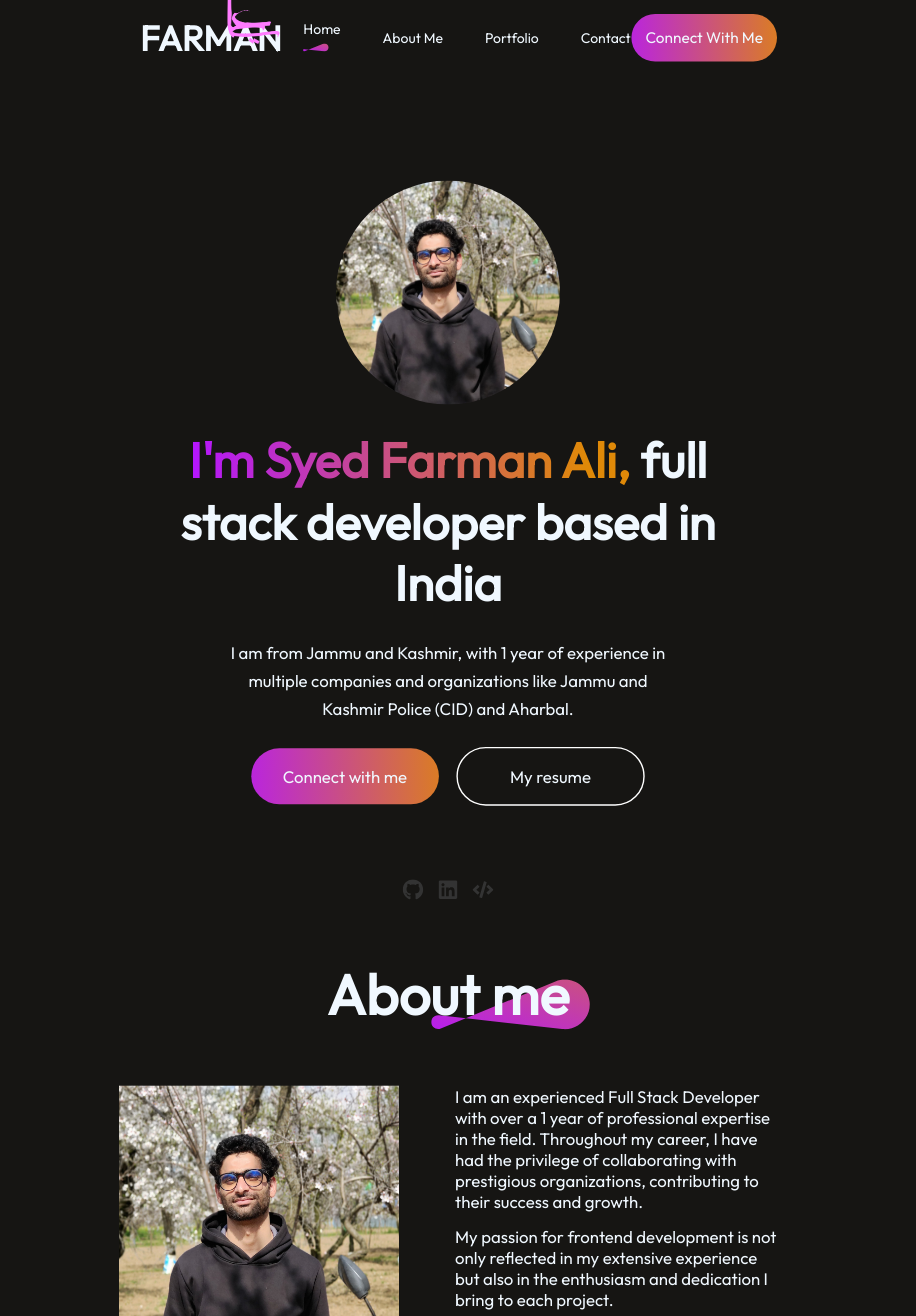
Repository: FARMAN9/portfolio_React
Page: /
The author's editor kept a copy of each file at every save. The page is drawn from the files as they stood at one save, then again after a run of saves.
The browser window is 1280 px wide. The page is 1309 px wide, then 1280 px, then 1309 px, so the pictures cover 1309 px, including what lies to the right of the window. The pictures show the part of the page from y = 0 to 1880 px (the page is 4995 px tall before and 720 px after), at 70% of full size.
The project was rebuilt for these pictures with package versions that can differ from the ones it lists, and the page was loaded fresh each time. Also part of the build but not shown: vite.config.js.

Above is the page before, as saved 2024-10-16 19:43:20.

### index.html
<!doctype html>
<html lang="en">
  <head>
    <meta charset="UTF-8" />
    <link rel="icon" type="image/svg+xml" href="/bac.svg" />
    <meta name="viewport" content="width=device-width, initial-scale=1.0" />
    <title>Portfoilo</title>
    <link rel="preconnect" href="https://fonts.googleapis.com">
<link rel="preconnect" href="https://fonts.gstatic.com" crossorigin>
<link href="https://fonts.googleapis.com/css2?family=Outfit&display=swap" rel="stylesheet">


  </head>
  <body>
    <div id="root"></div>

    <script type="module" src="/src/main.jsx"></script>
  </body>
</html>

### src/App.jsx

import NavBar from './Components/Navbar/NavBar'
import Hero from './Components/Hero/Hero'
import About from './Components/About/About'
import MyWork from './Components/MyWork/MyWork'
import Contact from './Components/Contact/Contact'
import Footer from './Components/Footer/Footer'
import React from 'react';

function App() {


  return (
  <>
  <NavBar/>
  <Hero/>
  <About/>
  <MyWork/>
  <Contact/>
  <Footer/>
  </>
  )
}

export default App

### src/index.css

*{
  margin: 0;
  padding: 0;

}
body{
  height: 100vh;
  background: #161513;
  color: aliceblue;
  font-family: outfit;
}

### src/Components/Navbar/NavBar.jsx
import React, { useRef, useState,useEffect } from 'react';
import './Navbar.css';
import ali from '../../assets/ali.png'
import backgound from '../../assets/nav_underline.svg'
import AnchorLink from 'react-anchor-link-smooth-scroll'
import menu_open from '../../assets/menu_open.svg'
import menu_close from '../../assets/menu_close.svg'



function NavBar() {



  const [menu,setMenu]=useState('home')
  const menuRef =useRef();
  const openMenu=()=>{
    menuRef.current.style.right='0'
  }
  const closeMenu=()=>{
    menuRef.current.style.right='-350px'
  }
  return (
    <nav className='navbar'>
      <div className='logo'>
      <AnchorLink className='anchor-link' href='#home'>
      <h1>FARMAN</h1>
      <img src={ali} alt="" />
      </AnchorLink>
      </div>
      <img src={menu_open}  onClick={openMenu} alt="" className='nav-mob-open' />

            <ul ref={menuRef} className='nav-menu'>
            <img src={menu_close} alt="" className='nav-mob-close' onClick={closeMenu}/>
             <li> <AnchorLink className='anchor-link' href='#home'><p onClick={()=>setMenu('home')}>Home</p> </AnchorLink>{menu ==='home' ? <img src ={backgound} alt=''/>:<></> }</li>
             <li><AnchorLink className='anchor-link' offset={50} href='#about'><p onClick={()=>setMenu('about')}>About Me</p></AnchorLink>{menu ==='about' ? <img src ={backgound} alt=''/>:<></> }</li>
             <li><AnchorLink className='anchor-link' offset={50} href='#work'><p onClick={()=>setMenu('work')}>Portfolio</p></AnchorLink>{menu ==='work' ? <img src ={backgound} alt=''/>:<></> }</li>
             <li><AnchorLink className='anchor-link' offset={50} href='#contact'><p onClick={()=>setMenu('contact')}>Contact</p></AnchorLink>{menu ==='contact' ? <img src ={backgound} alt=''/>:<></> }</li>
            </ul>
            <div className="nav-connect"><AnchorLink className='anchor-link' offset={50} href='#contact'>Connect With Me</AnchorLink></div>

    </nav>
  )
}

export default NavBar

### src/Components/Hero/Hero.jsx
import "./Hero.css";
import profile from "../../assets/profile.jpg";
import AnchorLink from "react-anchor-link-smooth-scroll";
import { FaGithub, FaLinkedin, FaCode } from "react-icons/fa";
import { useGSAP } from "@gsap/react";
import React, { useRef } from "react";
import gsap from "gsap";

function Hero() {
  const hero = useRef();
  useGSAP(
    () => {
      gsap.to(hero.current, {
        x: 100,
        ease: "back.out(1)",
        duration: 1.5,
        repeat: -1,
        yoyo: true,
        scrollTrigger: {
          trigger: hero.current,
          start: "top bottom",
          end: "top 80%",
          scrub: true,
        },
      });
    },
    { scope: hero }
  );
  return (
    <div id="home" className="hero">
      <img src={profile} alt="profile" />
      <h1>
        <span className="myname" ref={hero}>
          I'm Syed Farman Ali,
        </span>{" "}
        full stack developer based in India
      </h1>
      <p>
        I am from Jammu and Kashmir, with 1 year of experience in multiple
        companies and organizations like Jammu and Kashmir Police (CID) and
        Aharbal.
      </p>
      <div className="hero-action">
        <div className="hero-connect">
          <AnchorLink className="anchor-link" offset={50} href="#contact">
            Connect with me
          </AnchorLink>
        </div>
        <a
          className="hero-resume"
          href="https://rxresu.me/farman9/python-django-developer">
          My resume
        </a>
      </div>
      <div className="hero-socials">
        <a
          href="https://github.com/farman9"
          target="_blank"
          rel="noopener noreferrer">
          <FaGithub size={30} />
        </a>
        <a
          href="https://www.linkedin.com/in/farman9"
          target="_blank"
          rel="noopener noreferrer">
          <FaLinkedin size={30} />
        </a>
        <a
          href="https://leetcode.com/u/saeedfarman9/"
          target="_blank"
          rel="noopener noreferrer">
          <FaCode size={30} />
        </a>
      </div>
    </div>
  );
}

export default Hero;

### src/Components/About/About.jsx
import React from 'react'
import'./About.css'
import bac from '../../assets/bac.svg'
import profile from '../../assets/profile.jpg'


function About() {
  const skills = [
    { name: 'JavaScript', value: 70 },
    { name: 'Python', value: 80 },
    { name: 'Java', value: 50 },
    { name: 'HTML', value: 75 },
    { name: 'CSS', value: 70 },
    { name: 'Django', value: 60 },
    { name: 'Fastapi', value: 50 },

  ];

  return (
    <div id='about' className='about'>
        <div className="about-title">
            <h1>About me</h1>
            <img src={bac} alt="" />
        </div>
        <div className="about-sections">
        <div className="about-left">
        <img src={profile} alt="" />
       </div>
       <div className="about-right">
       <div className="about-para">
        <p>I am an experienced Full Stack Developer with over a 1 year of professional expertise in the field. Throughout my career, I have had the privilege of collaborating with prestigious organizations, contributing to their success and growth.</p>
        <p>My passion for frontend development is not only reflected in my extensive experience but also in the enthusiasm and dedication I bring to each project.</p>
       </div>
       <div className="about-skills">
        {
            skills.map((skill)=><div className="about-skill" key={skill.name}><p>{skill.name}</p><hr style={{width:`${skill.value}%`}} /></div>)
        }

      </div>
        </div>
        </div>
        <div className="about-achievements">
<div className="about-achievement">
<h1>1</h1>
<p>YEAR OF EXPERIENCE</p>
</div>
<hr />
<div className="about-achievement">
<h1>4+</h1>
<p>PROJECTS COMPLETED</p>
</div>
<hr />
<div className="about-achievement">
<h1>2+</h1>
<p>HAPPY CLIENTS</p>
</div>
</div>
    </div>
  )
}

export default About

### src/Components/MyWork/MyWork.jsx
import React, { useImperativeHandle } from "react";
import "./MyWork.css";
import bac from "../../assets/bac.svg";
import soon from "../../assets/coming_soon.gif";
import port_react from "../../assets/projects/portfilo_react.png";
import myntra from "../../assets/projects/mytra.png";
import youtube from "../../assets/projects/yt.png";
import djano_port from "../../assets/projects/django_port.png";
import dpt from "../../assets/projects/dpt.png";
import nws from "../../assets/projects/news.png";

function MyWork() {
  const mywork_data = [
    {
      w_no: 1,
      w_name: "portfolio_React",
      w_img: port_react,
      link: "https://github.com/FARMAN9/portfolio_React",
    },
    {
      w_no: 2,
      w_name: "mytra",
      w_img: myntra,
      link: "https://github.com/FARMAN9/myntra-clone-",
    },
    {
      w_no: 3,
      w_name: "youtube",
      w_img: youtube,
      link: "https://github.com/FARMAN9/youtube-clone",
    },
    {
      w_no: 4,
      w_name: "portfoilo_django",
      w_img: djano_port,
      link: "https://github.com/FARMAN9/portfoilo_django",
    },
    {
      w_no: 5,
      w_name: "DPS",
      w_img: dpt,
      link: "https://github.com/FARMAN9/Diabetes-prediction",
    },
    {
      w_no: 6,
      w_name: "oldNews_paper ",
      w_img: nws,
      link: "https://oldnews-paper.vercel.app/",
    },
    {
      w_no: 7,
      w_name: "soon",
      w_img: soon,
      link: "",
    },
  ];
  return (
    <div id="work" className="mywork">
      <div className="mywork-title">
        <h1>My Latest work</h1>
        <img src={bac} alt="" />
      </div>

      <div className="mywork-container">
        {mywork_data.map((data, index) => {
          return (
            <div key={index}>
              <a href={data.link}>
                <img src={data.w_img} alt="" />
              </a>
            </div>
          );
        })}
      </div>
    </div>
  );
}

export default MyWork;

### src/Components/Footer/Footer.jsx
import React from "react";
import "./Footer.css";
import ali from "../../assets/ali.png";
import AnchorLink from 'react-anchor-link-smooth-scroll'

function Footer() {
  return (
    <div className="footer">
      <div className="footer-top">
        <div className="footer-top-left">
          <div className="logo">
          <AnchorLink className='anchor-link' offset={50} href='#home'>
            <h1>FARMAN</h1>
            <img src={ali} alt="" />
            </AnchorLink>
          </div>

        </div>
        <p>
        I wanted to take a moment to thank you for visiting my portfolio. Your time and interest in my work are truly appreciated.
        If you have any feedback, questions, or opportunities you'd like to discuss, please don't hesitate to reach out. I'm always eager to connect and explore new possibilities.
          </p>
        <div className="footer-top-right">

        </div>

        </div>
        <hr />

        <div className="footer-bottom">
          <p className="footer-bottm-left">
            {" "}
            © 2024 Syed Farman Ali. All rights reserved.{" "}
          </p>

          <div className="footer-bottom-right">
            <p>Term of Services</p>
            <p>Privacy Policy</p>
            <AnchorLink className='anchor-link' offset={50} href='#contact'> <p>Connect with me</p></AnchorLink>
          </div>
        </div>

    </div>
  );
}

export default Footer;

### src/Components/Navbar/Navbar.css
.navbar{
display: flex ;
align-items: center;
justify-content: space-between;
margin: 20px 170px;
}
.nav-menu{
    display: flex;
    align-items: center;
    list-style: none;
    gap:60px;
    font-size: 20px;

}
.nav-connect
{
    padding: 20px;
    border-radius: 50px;
    background: linear-gradient(267deg,#DA7C25 0.36%,#B923E1 102.0% );
    font-size:22px ;
    cursor: pointer;
    transition: 0.5s;

}
.nav-connect:hover
{
   transform: scale(1.05);

}



.logo{
    position: relative;
    }
.logo h1{
    padding: 0px 30px;
    font-size: 50px;
    font-weight: 600%;
    z-index: -1;

    }


.logo img{
    position: absolute;
    bottom:0;
    right: 0;

    width: 150px;
    height: 150px;

}

.anchor-link{
   text-decoration: none;
   color: aliceblue;
}
.nav-mob-close
{
    display: none;
}
.nav-mob-open{
    display: none;
}


@media(max-width:768px) {
    .navbar{
        margin: 20px 50px;
    }
    .nav-connect{
        display: none;
    }
    .nav-mob-open{
        display: block;
        position: fixed;
        right: 30px;
    }
    .nav-mob-close{
        display: block;
        position: relative;
        top: 30px;
        left: 110px;
        width: 30px;


    }
    .nav-menu{
        position: fixed;
        flex-direction: column;
        align-items: center;
        top:0;
        gap:30px;
        background-color: #1f0016;
        width: 350px;
        height: 100%;
        z-index: 2;
        transition: right 0.5s;
        right: -350px;
    }
    .nav-menu li{
        font-size: 30px;

        padding-left: 0;
        flex-direction: row;
        gap:20px;

    }

}

### src/Components/Hero/Hero.css
.hero{
    display: flex;
    flex-direction: column;
    align-items:center ;
    gap: 35px;

}
.hero img{
    margin-top: 150px;
    border-radius: 50%;
    width: 20rem;
    height: 20rem;


}
.hero h1{
    text-align: center;
    font-weight: 600 ;
    width: 70%;
    font-size: 70px;
}
.hero h1 span{
    background: linear-gradient(270deg,  #DF8908 10%,  #B415FF 100%);
    background-clip: text;
    -webkit-background-clip: text;
    -webkit-text-fill-color: transparent;
}
.hero p{
    width: 50%;
    text-align: center;
    font-size: 24px;
    line-height: 40px;

}
.hero-action{
    display: flex ;
    align-items: center;
    gap: 25px;
    font-size: 24px;
    font-weight: 500;
    margin-bottom: 50px;
}
.hero-connect{
    padding: 25px 45px;
    border-radius: 50px;
    background: linear-gradient(267deg,#DA7C25 0.36%,#B923E1 102.0% );
    cursor: pointer;
}
.hero-resume{
    padding: 25px 75px;
    border-radius: 50px;
    border: 2px solid #FFF;
    cursor: pointer;
    color: aliceblue;
    text-decoration: none;


}

.hero-connect:hover{
    border: 2px solid white
    }
    .hero-resume:hover{
    border-color:  #B415FF;
    }
    .hero-socials {
        margin-top: 20px;
      }

      .hero-socials a {
        margin: 0 10px;
        color: #333;
        transition: color 0.3s;
      }

      .hero-socials a:hover {
        color:  #B415FF; /* You can change this color to match the theme */
      }
@media (max-width:768px) {
    .hero img{
        margin-top:120px ;
        width:260px;
    }
    .hero h1{
        margin-top: 50px;
        width: 90%;
        font-size: 50px;
    }
    .hero p{
      width: 60%;
      font-size: 18px;
      line-height: 32px;
      margin: 10px 0px;
    }
    .hero-action{
        gap: 16px;
        font-size: 18px;
        font-weight: 500;
        margin-bottom: 50px;

    }
    .hero-connect{
        padding: 20px 30px;
        border-radius: 40px;
    }
    .hero-resume{
        padding: 20px 50px;
        border-radius: 40px;
    }


}

### src/Components/About/About.css
.about{
    display: flex;
    flex-direction: column;
    align-items: center;
    justify-content: center;
    gap: 80px;
    margin: 80px 170px;
    }

    .about-title{
        position: relative;
        }
    .about-title h1{
        padding: 0px 30px;
        font-size: 80px;
        font-weight: 600%;
        }


    .about-title img{
        position: absolute;
        bottom: 0;
        right: 0;
        z-index: -1;
    }


    .about-sections {
        display: flex;
        gap: 80px;
        }

.about-left img{
    width: 25rem;
    height: 25rem;
}
.about-right{
            display: flex;
            flex-direction: column;
            gap: 80px;
 }

.about-para{
    display: flex;
    flex-direction: column;
    gap: 20px;
    font-size: 24px;
    font-weight: 500;
}

.about-skills{
    display: flex;
    flex-direction: column;
    gap: 20px;
    }

.about-skill{
    display: flex;
    gap: 50px;
    align-items: center;
    transition: 0.3s;
}
.about-skill p {
    min-width: 150px;
    font-size: 24px;
    font-weight: 500;
}
.about-skill hr{
    outline: none;
    border: none;
    width: 50%;
    height: 8px;
    border-radius: 50px;
    background: linear-gradient(267deg,#DA7C25 0.36%,#B923E1 102.0% );

}

.about-achievements{
    display: flex;
    width: 100%;
    justify-content: space-around;
    margin-bottom: 80px;

}

.about-achievement{
    display: flex;
    flex-direction: column;
    align-items: center;
    gap: 10px;
    transition: 0.5s;
}


.about-achievement h1{
   font-size: 60px;
   font-weight: 700;
   background: linear-gradient(267deg,#DA7C25 0.36%,#B923E1 102.0% );
   background-clip: text ;
   -webkit-background-clip: text;
   -webkit-text-fill-color: transparent;
}

.about-achievement p{
    font-size: 22px;
    font-weight: 500;

 }
 .about-skill:hover{
    transform: scale(1.05);
    transition: 0.3s;
 }
 .about-achievement:hover{
    transform: scale(1.12);
    transition: 0.5s;

 }


 @media(max-width:768px) {
    .about{
        gap: 80px;
        margin: 50px 70px;
        align-items: start;
    }
    .about-title h1{
        font-size: 50px;
        padding: 0;

    }
    .about-title img {
        width: 130px;
        right: -20px;
    }

    .about-sections{
        flex-direction: column;
    }
    .about-left{
        display: none;
    }
    .about-para{
        font-size: 18px;
        line-height: 32px;
    }
    .about-skill{
        gap:20px;
        align-items: center;
    }
    .about-skill p{
        font-size: 20px;

    }
    .about-skill hr{
        height: 6px;

    }
    .about-achievements{
        justify-content: space-between;
    }
    .about-achievement{
        gap: 10px;
    }
    .about-achievement h1{
        font-size: 34px;
        font-weight: 700;
    }
    .about-achievement p{
        text-align: center;
        font-size: 16px;

    }

 }

### src/Components/MyWork/MyWork.css
.mywork{
    display: flex;
    flex-direction: column;
    align-items: center;
    justify-content: center;
    gap:80px;
    margin: 80px 170px;
}
.mywork-title{
    position: relative;
}
.mywork-title h1{
    padding: 0px 30px;
        font-size: 80px;
        font-weight: 600%;
}
.mywork-title img{
    position: absolute;
        bottom: 0;
        right: 0;
        z-index: -1;
}

.mywork-container{
    display: grid;
    grid-template-columns: 1fr 1fr 1fr ;
    gap :40px;
}

.mywork-container img {
    box-sizing: border-box;
    width: 419px;
    height: 280px;
    transition: 0.3s;
    cursor: pointer;
}
.mywork-container img:hover {
   transform: scale(1.10);
   border: 4px solid #ff00ff;
   border-radius: 10px;
   transition: 0.3s;
}


@media(max-width:768px){
    .mywork{
        gap: 50px;
        margin: 50px 70px;
        align-items: start;
    }
    .mywork-title h1{
        padding: 0;
        font-size: 50px;
        font-weight: 600;

    }
    .mywork-title img{
        width: 130px;
        margin-right:-20px;
    }
    .mywork-container{
        grid-template-columns: 1fr 1fr;
    }
    .mywork-container img{
        width: 100%;
        height: 100%;
    }


}

### src/Components/Footer/Footer.css


.logo{
    position: relative;
    }
.logo h1{
    padding: 0px 30px;
    font-size: 50px;
    font-weight: 600%;
    z-index: -1;
    }
.logo img{
    position: absolute;
    bottom:0;
    right: 0;
    width: 150px;
    height: 150px;

}


.footer{
 margin: 50px 170px;
 display: flex;
 flex-direction: column;
 gap: 30px;
}
.footer-top{
    display: flex;
    justify-content: space-between;
}
.footer-top-left{
    display: flex;
    align-items: center;


}
.footer-top-left p{
   font-size: 15px;
   max-width: 500px;
}

.footer-bottom{
    display: flex;
    justify-content: space-between;
    font-size: 18px;

}
.footer-bottom-right{
    display: flex;
    gap:50px;
    margin-bottom: 50px;


}
@media(max-width:768px)
{
    .footer{
        margin: 50px 70px;
    }
    .footer-top{
        flex-direction: column;
        gap: 50px;
    }
    .footer-bottom{
        display: flex;
        flex-direction: column-reverse;
        margin-bottom: 50px;

    }
}

Loaded but not shown: src/main.jsx (common file); src/Components/Contact/Contact.css (207 lines, source omitted); src/Components/Contact/Contact.jsx (91 lines, source omitted)

After the next 2 saves:
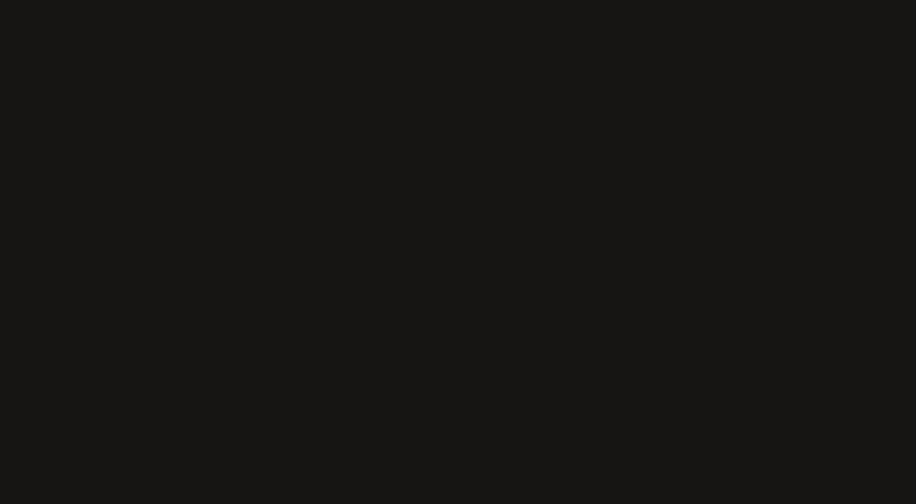
Console error: ReferenceError: hero is not defined
The 2 saves are shown as one change because they came seconds apart.
The last was saved 20 s later.
--- a/src/Components/Hero/Hero.jsx
+++ b/src/Components/Hero/Hero.jsx
@@ -7,7 +7,7 @@
 import gsap from "gsap";
 
 function Hero() {
-  const hero = useRef();
+  const farman = useRef();
   useGSAP(
     () => {
       gsap.to(hero.current, {

After the 5 saves that followed:
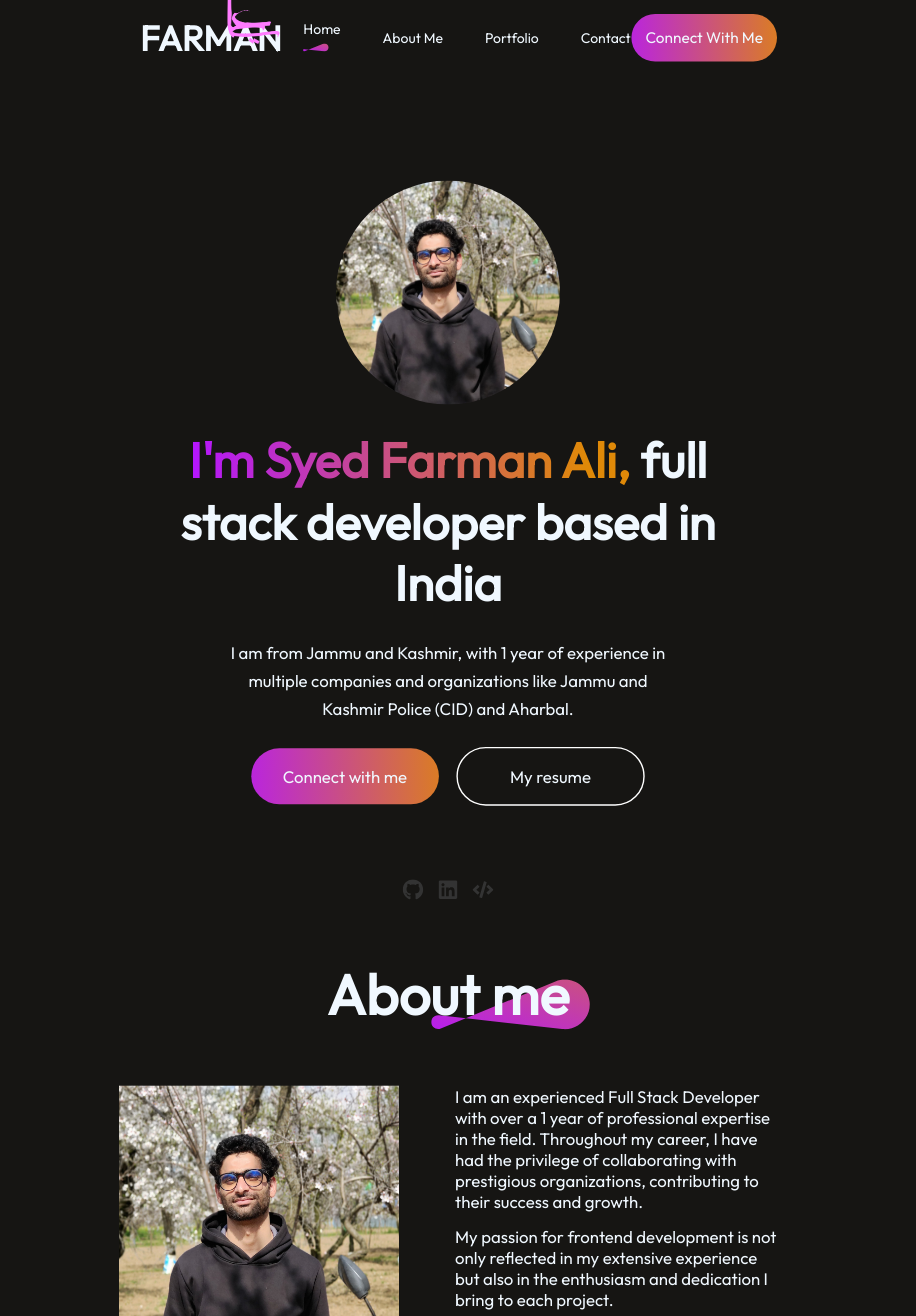
The error is gone.
The 5 saves are shown as one change because 2 did not build or start and 2 left the picture as it was.
The last was saved 42 s later.
--- a/src/Components/Hero/Hero.jsx
+++ b/src/Components/Hero/Hero.jsx
@@ -7,7 +7,7 @@
 import gsap from "gsap";
 
 function Hero() {
-  const farman = useRef();
+  const hero = useRef();
   useGSAP(
     () => {
       gsap.to(hero.current, {
